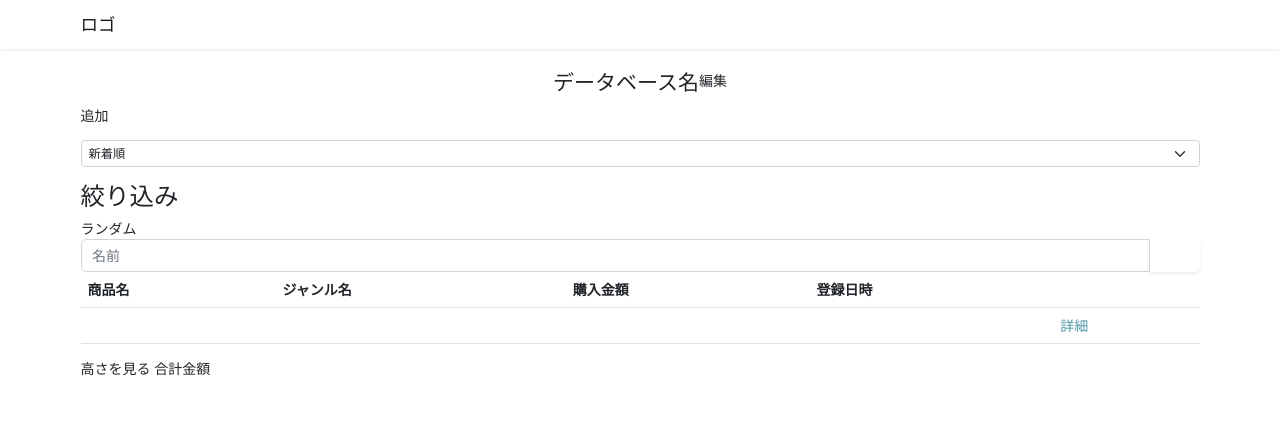
Repository: masa1228ew/original
Page: http://localhost/data/index
The author's editor kept a copy of each file at every save. The page is drawn from the files as they stood at one save, then again after the next save.
The browser window is 1280 px wide. The pictures show the whole page.
The page is this project's Thymeleaf template; nobody is signed in. The template is opened directly, without the code that normally fills it, so the values that code supplies are empty.

Above is the page before, as saved 2025-01-15 02:06:09.

### original/original/src/main/resources/templates/data/index.html
<!DOCTYPE html>
<html xmlns:th="https://www.thymeleaf.org">
	<head>
<!--		  <div th:replace="~{fragment :: meta}"></div>   -->
 <meta charset="UTF-8">
       <meta name="viewport" content="width=device-width, initial-scale=1">
        <link href="https://cdn.jsdelivr.net/npm/bootstrap@5.2.3/dist/css/bootstrap.min.css" rel="stylesheet" integrity="sha384-rbsA2VBKQhggwzxH7pPCaAqO46MgnOM80zW1RWuH61DGLwZJEdK2Kadq2F9CUG65" crossorigin="anonymous">
           <link th:href="@{/css/style.css}" rel="stylesheet" >
		<title>データベース</title>
	</head>

	<body>
		<div class="wrapper">
			<nav class="navbar navbar-expand-md navbar-light bg-white shadow-sm ">
               <div class="container ">
                   <a class="navbar-brand" th:href="@{/}">
                       ロゴ
                   </a>
               </div>
           </nav>
			<main>
				<div class="container pt-4 pb-5">
					<div class="d-flex justify-content-center">
					<h1>データベース名</h1>
					<p>編集</p>
					</div>
					<div>
						<p>追加</p>
						<form method="get" class="mb-3 samuraitravel-sort-box">
                                     <input  type="hidden" name="keyword" >
                                     <input  type="hidden" name="area" >
                                     <input  type="hidden" name="price" >
                                     <select class="form-select form-select-sm" name="order" onChange="this.form.submit();">
                                         <option value="createdAtDesc" >新着順</option>
                                         <option value="priceAsc">宿泊料金が安い順</option>
                                     </select>
                                 </form>
                                 <h3>絞り込み</h3>
                                 <a>ランダム</a>
                                   <div class="input-group">
                                     <input type="text" class="form-control" name="keyword"  placeholder="名前">
                                     <button type="submit" class="btn text-white shadow-sm">検索</button>
                                 </div>
					</div>

					<table class="table">
                               <thead>
                                   <tr>
                                       <th scope="col">商品名</th>
                                       <th scope="col">ジャンル名</th>
                                       <th scope="col">購入金額</th>
                                       <th scope="col">登録日時</th>
                                       <th scope="col"></th>
                                   </tr>
                               </thead>
                               <tbody>
                                   <tr >
                                       <td ></td>
                                        <td ></td>
                                         <td ></td>
                                          <td ></td>
                                       <td><a href="#">詳細</a></td>
                                   </tr>
                               </tbody>
                           </table>
                          <div>
                           <a>高さを見る</a>
                           <a>合計金額</a>
                          </div>
				</div>
			</main>
		</div>
	</body>
</html>

### original/original/src/main/resources/static/css/style.css
html {
 font-size: 14px;
}

@media (max-width: 768px) {
    .navbar-collapse {
        display: block !important;
        max-height: 0;
        overflow: hidden;
        transition: max-height 0.3s ease-in-out;
    }

     select[name="categoryId"] {
    flex-grow: 1;
    width: 100%;
  }

}

    .navbar-collapse.show {
        max-height: 500px; /* 必要に応じて調整 */
    }
}

body {
 font-family: 'Noto Sans JP', sans-serif;
}

h1 {
 font-size: 1.5rem;
}

a {
 color: #5196a6;
 text-decoration: none !important;
}

a:hover {
   color: #407784;
}

.wrapper {
 min-height: 100vh;
 position: relative;
 padding-bottom: 60px;
 box-sizing: border-box;
}

.right{
	display: flex;
	justify-content: flex-end;
	padding: 5px;

}

.right>div{

    padding: 5px;

    margin: 5px;
}

.btn-color{
	background-color: gray;
}

After the next save:
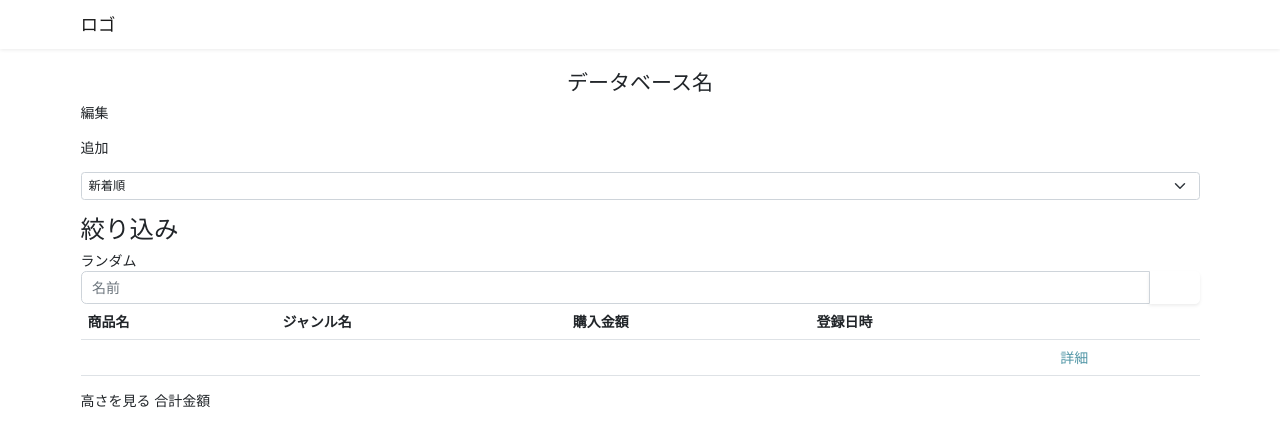
Saved 32 s later.
--- a/original/original/src/main/resources/templates/data/index.html
+++ b/original/original/src/main/resources/templates/data/index.html
@@ -22,8 +22,11 @@
 				<div class="container pt-4 pb-5">
 					<div class="d-flex justify-content-center">
 					<h1>データベース名</h1>
+
+					</div>
+				<div>
 					<p>編集</p>
-					</div>
+				</div>
 					<div>
 						<p>追加</p>
 						<form method="get" class="mb-3 samuraitravel-sort-box">
